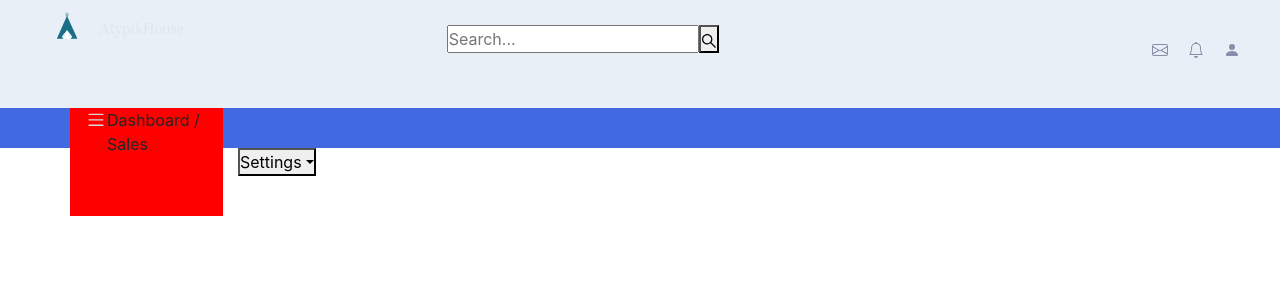
Repository: kifack/API-Symfony-AtypikHouse
Page: / (app in admin-frontend/)
An editor plug-in stored every save of this project. The page is shown before and after the next save, followed by the edit.
The browser window is 1280 px wide. The pictures show the whole page.
Some web libraries are served in a nearby version. The project was rebuilt for these pictures with package versions that can differ from the ones it lists, and the page was loaded fresh each time. Also part of the build but not shown: admin-frontend/src/css/Responsive.css, admin-frontend/src/css/admin/navbar.css, admin-frontend/src/components/template_parts/Header.js, admin-frontend/src/components/template_parts/Footer.js, admin-frontend/src/components/template_parts/Sidebar.js, admin-frontend/src/components/partials/LocationEntry.js, admin-frontend/src/components/template_parts/Spinner.js, admin-frontend/src/actions/location.js and 26 more.

Above is the page before, as saved 2020-10-01 19:34:50.

After the next save:
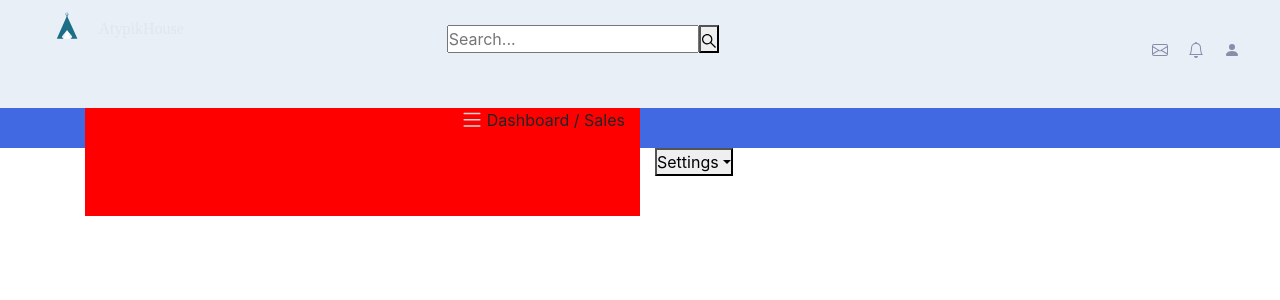
Saved 34 s later.
--- a/admin-frontend/src/css/App.css
+++ b/admin-frontend/src/css/App.css
@@ -167,6 +167,18 @@ header .sous-header .col:first-child{
   background-color: red;
 
 }
+header .sous-header .row{
+  width: 100%;
+  height: 15vh;
+  margin: 0;
+  padding: 0;
+
+}
+header .menuhaut .container{
+  max-width: 100% ;
+  margin: 0;
+
+}
 
 
 
